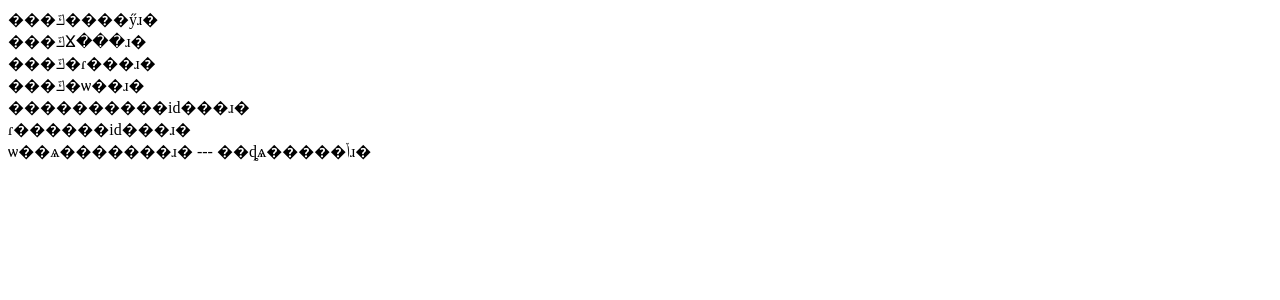
Repository: ZxxWs/P_M_learn
Page: http://localhost/
The author's editor kept a copy of each file at every save. The page is drawn from the files as they stood at one save, then again after the next save.
The browser window is 1280 px wide. The pictures show the whole page.
The page is run by PHP 8.4 with error messages shown; the project is at /var/www/html/. Queries for data that is not in the repository find no rows.

Above is the page before, as saved 2019-03-13 10:05:20.

After the next save:
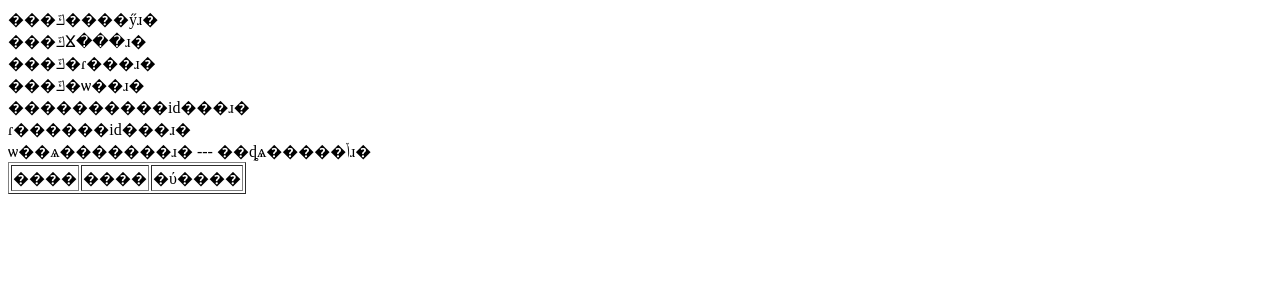
Saved 7 s later.
--- a/Mysql_learn/index.php
+++ b/Mysql_learn/index.php
@@ -99,7 +99,7 @@ $readendl=mysqli_query($conn, $readdata);
 if($readendl)
     echo "读取学生数据成功";
     echo "<br/>";
-//echo '<table border="1"><td>标题</td><td>作者</td><td>提交日期</td></tr>';
+echo '<table border="1"><td>标题</td><td>作者</td><td>提交日期</td></tr>';
 while($whilee=mysqli_fetch_array($readendl,MYSQLI_ASSOC)){
     echo "<tr><td>{$whilee['name']}</td>".
         "<td>{$whilee['num']}</td>".
